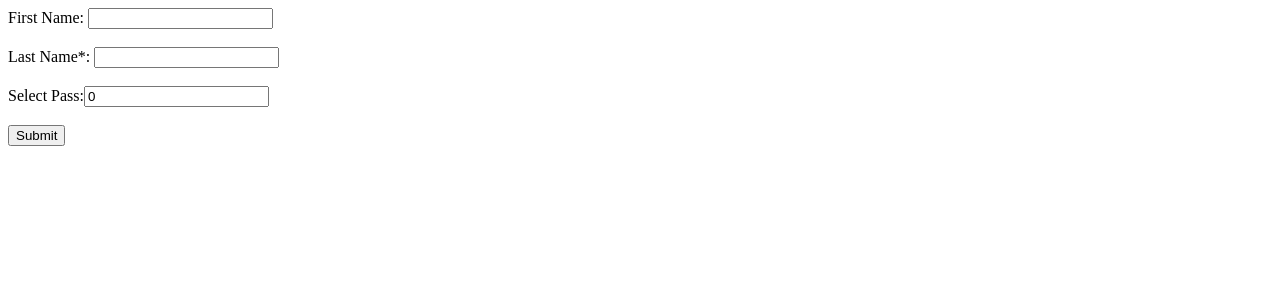
Repository: BhautikSakhiya/spring-learn
Page: http://localhost/spring-mvc-demo/customer/showForm
These files come from the project's save history. The page is drawn as it stood at one moment and after the next save; the edit follows.
The browser window is 1280 px wide. The pictures show the whole page.
The page is served by Tomcat 9. Other server files are loaded and not shown.

Above is the page before, as saved 2022-07-05 07:54:10.

### spring-mvc-demo/WebContent/WEB-INF/view/customer-form.jsp
<%@ page language="java" contentType="text/html; charset=UTF-8"
    pageEncoding="UTF-8"%>
<%@ taglib prefix="c" uri="http://java.sun.com/jsp/jstl/core" %>
<%@ taglib prefix="form" uri="http://www.springframework.org/tags/form" %>

<!DOCTYPE html>
<html>
<head>
<style>
	.error{color:red}
</style>
<meta charset="UTF-8">
<title>Insert title here</title>
</head>
<body>
<form:form action="processForm" modelAttribute="customer">

First Name: <form:input path="firstName"/><br><br>
Last Name*: <form:input path="lastName"/>
			<form:errors path="lastName" cssClass="error"/><br><br>
Select Pass:<form:input path="freePasses"/>
			<form:errors path="freePasses" cssClass="error"/><br><br>
<input type="submit" value="Submit"s/>
</form:form>
</body>
</html>

After the next save:
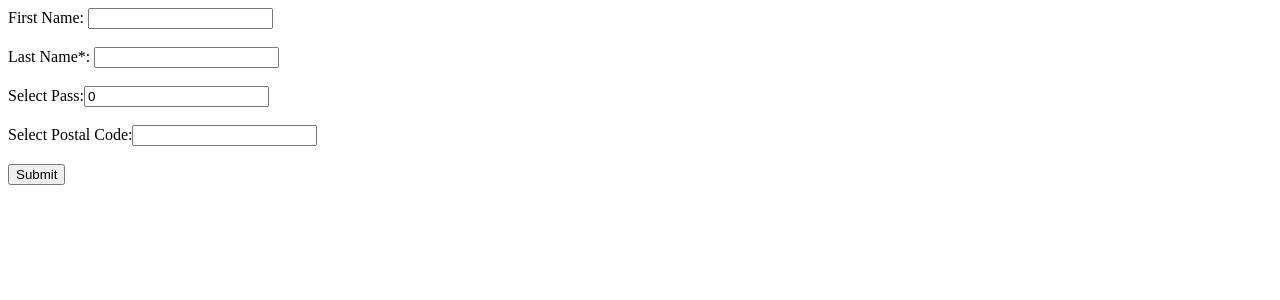
Saved 42 s later.
--- a/spring-mvc-demo/WebContent/WEB-INF/view/customer-form.jsp
+++ b/spring-mvc-demo/WebContent/WEB-INF/view/customer-form.jsp
@@ -20,7 +20,9 @@ Last Name*: <form:input path="lastName"/>
 			<form:errors path="lastName" cssClass="error"/><br><br>
 Select Pass:<form:input path="freePasses"/>
 			<form:errors path="freePasses" cssClass="error"/><br><br>
-<input type="submit" value="Submit"s/>
+Select Postal Code:<form:input path="postalCode"/>
+			<form:errors path="postalCode" cssClass="error"/><br><br>
+<input type="submit" value="Submit"/>
 </form:form>
 </body>
 </html>
